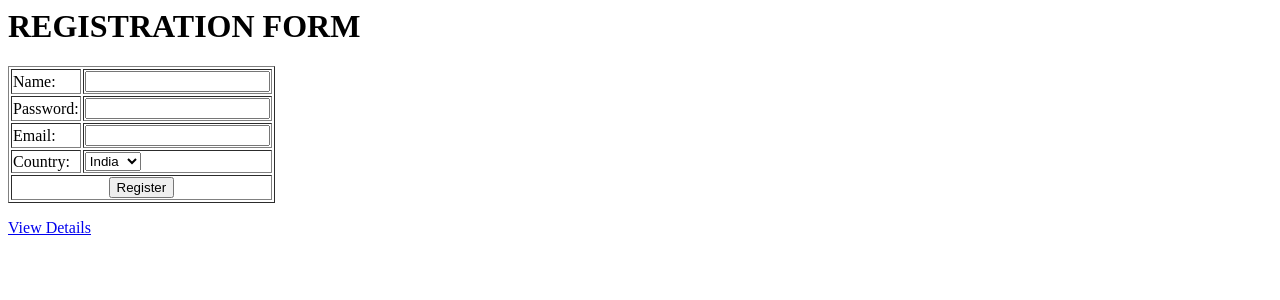
Repository: ErNitesh-d/java-program
Page: JAVA PROJECTS/New_Servl/WebContent/register.html
These files come from the project's save history. The page is drawn as it stood at one moment and after the next save; the edit follows.
The browser window is 1280 px wide. The pictures show the whole page.

Above is the page before, as saved 2022-09-30 16:05:50.

After the next save:
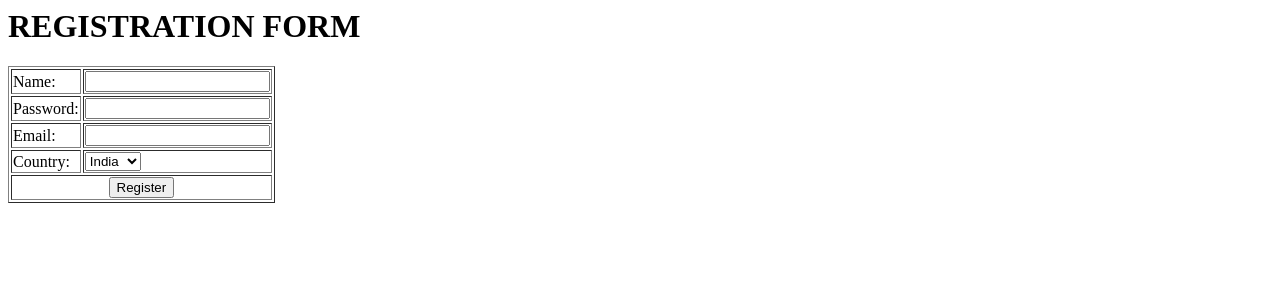
Saved 17 s later.
--- a/JAVA PROJECTS/New_Servl/WebContent/register.html
+++ b/JAVA PROJECTS/New_Servl/WebContent/register.html
@@ -36,6 +36,6 @@
  </table>
  </form>
 
- 		<a href="RegDeatil.jsp">View Details</a>
+
 </body>
 </html>
